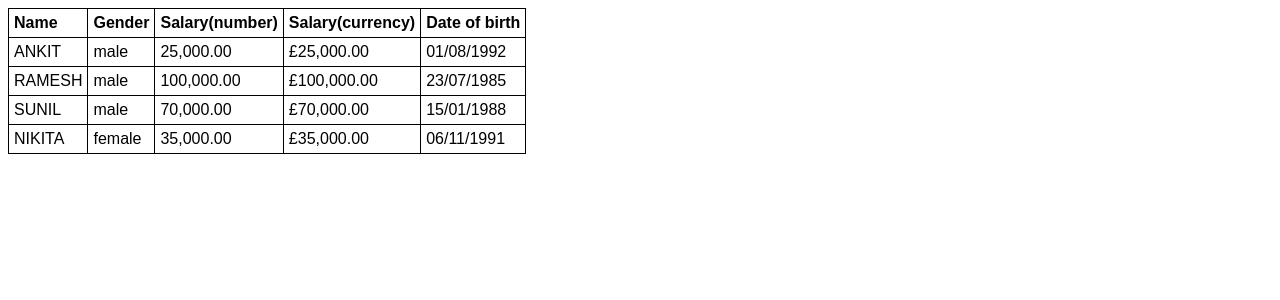
Repository: ammoreloaded/WebProjectFirst
Page: homework/WebProjectFirst/web/filterDemo.html
The author's editor kept a copy of each file at every save. The page is drawn from the files as they stood at one save, then again after the next save.
The browser window is 1280 px wide. The pictures show the whole page.

Above is the page before, as saved 2016-05-19 15:12:49.

After the next save:
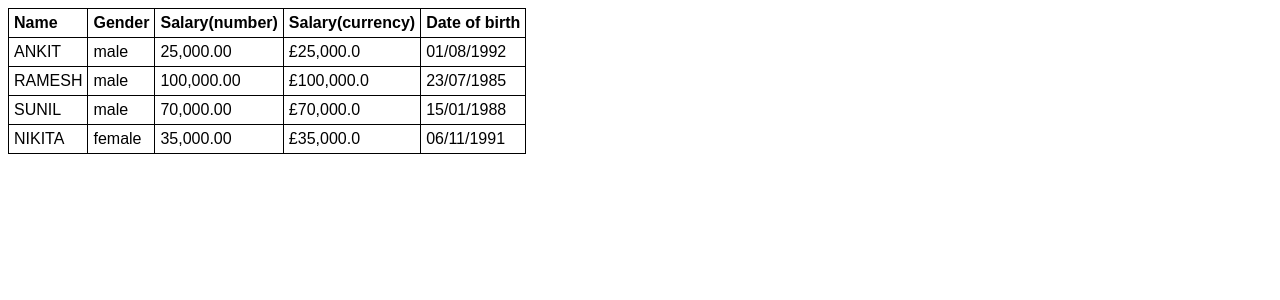
Saved 30 s later.
--- a/homework/WebProjectFirst/web/filterDemo.html
+++ b/homework/WebProjectFirst/web/filterDemo.html
@@ -22,7 +22,7 @@
 					<td>{{ employee.name | uppercase}}</td>
 					<td>{{ employee.gender | lowercase }}</td>
 					<td>{{ employee.salary | number : 2 }}</td>
-					<td>{{ employee.salary | currency : "£" }}</td>
+					<td>{{ employee.salary | currency : "£" : 1 }}</td>
 					<td>{{ employee.dateOfBirth | date : "dd/MM/yyyy" }}</td>
 				</tr>
 			</tbody>
